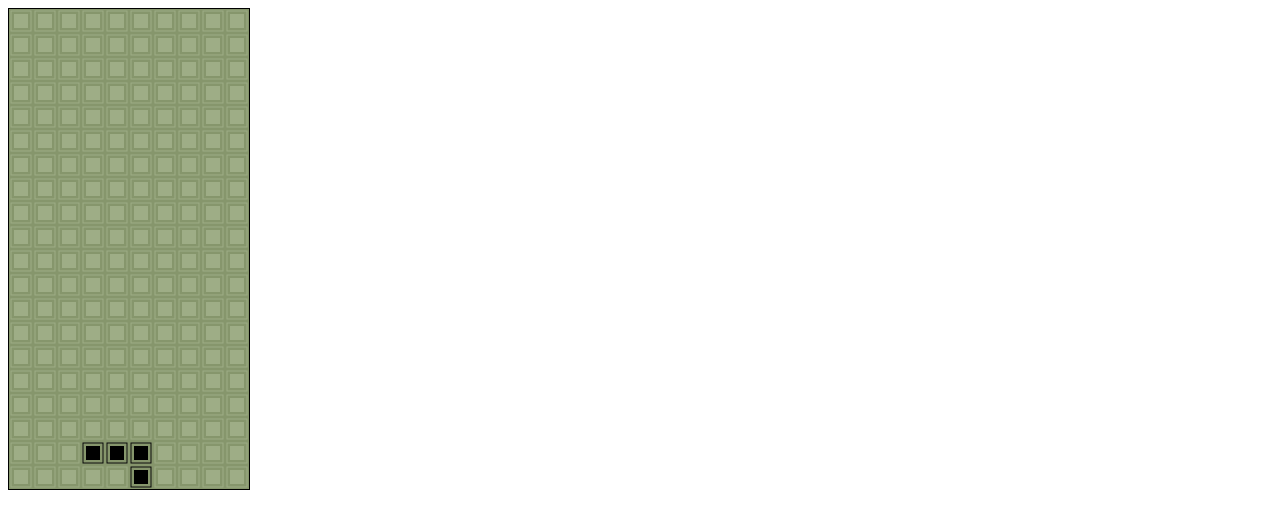
Repository: yzarc204/tetris-web
Page: index.html
The author's editor kept a copy of each file at every save. The page is drawn from the files as they stood at one save, then again after the next save.
The browser window is 1280 px wide. The pictures show the whole page.

Above is the page before, as saved 2021-09-20 20:41:03.

After the next save:
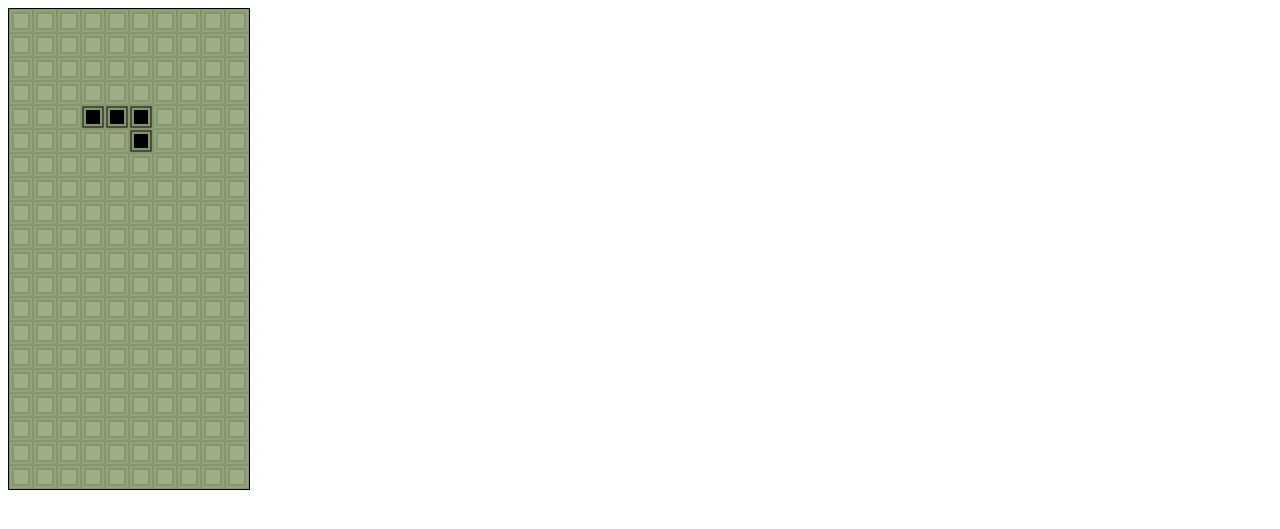
Saved 4 s later.
--- a/js/game.js
+++ b/js/game.js
@@ -47,7 +47,7 @@
 
     draw() {
         this.board.draw();
-        this.brick.draw();
+        this.brick1.draw();
         // this.pixel.draw();
         // this.pixel2.draw();
     }

After the save that followed:
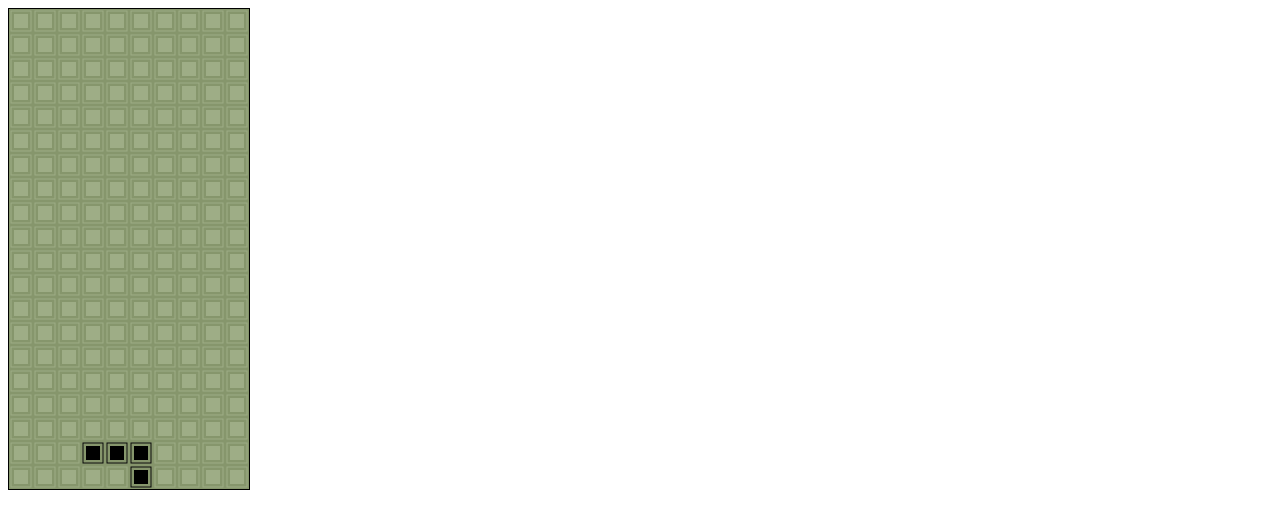
Saved 5 s later.
--- a/js/game.js
+++ b/js/game.js
@@ -43,11 +43,12 @@
         // this.pixel.fall();
         // this.pixel2.fall();
         this.brick.update();
+        this.brick1.update();
     }
 
     draw() {
         this.board.draw();
-        this.brick1.draw();
+        this.brick.draw();
         // this.pixel.draw();
         // this.pixel2.draw();
     }
